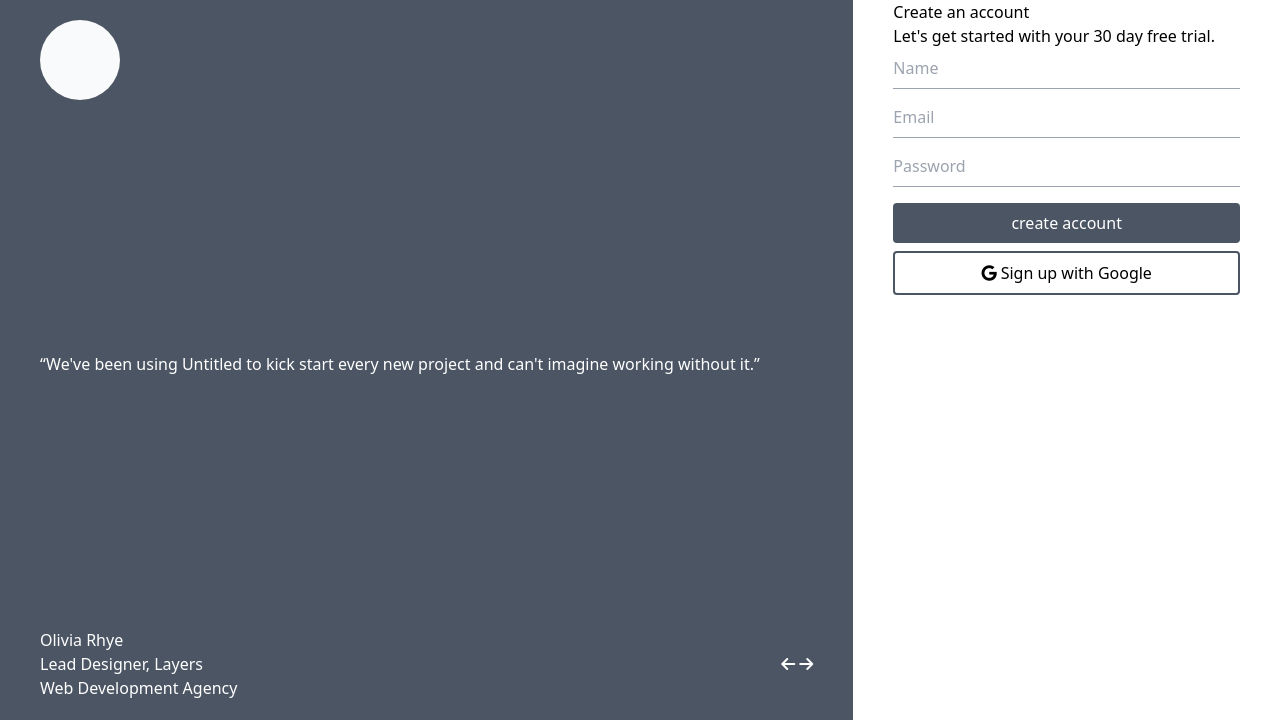
Repository: debthebuilder/youtube-html-contact-form-tailwindcss
Page: contact.html
These files come from the project's save history. The page is drawn as it stood at one moment and after the next save; the edit follows.
The browser window is 1280 px wide. The pictures show the whole page.
Some web libraries are served in a nearby version.

Above is the page before, as saved 2022-08-03 05:48:43.

After the next save:
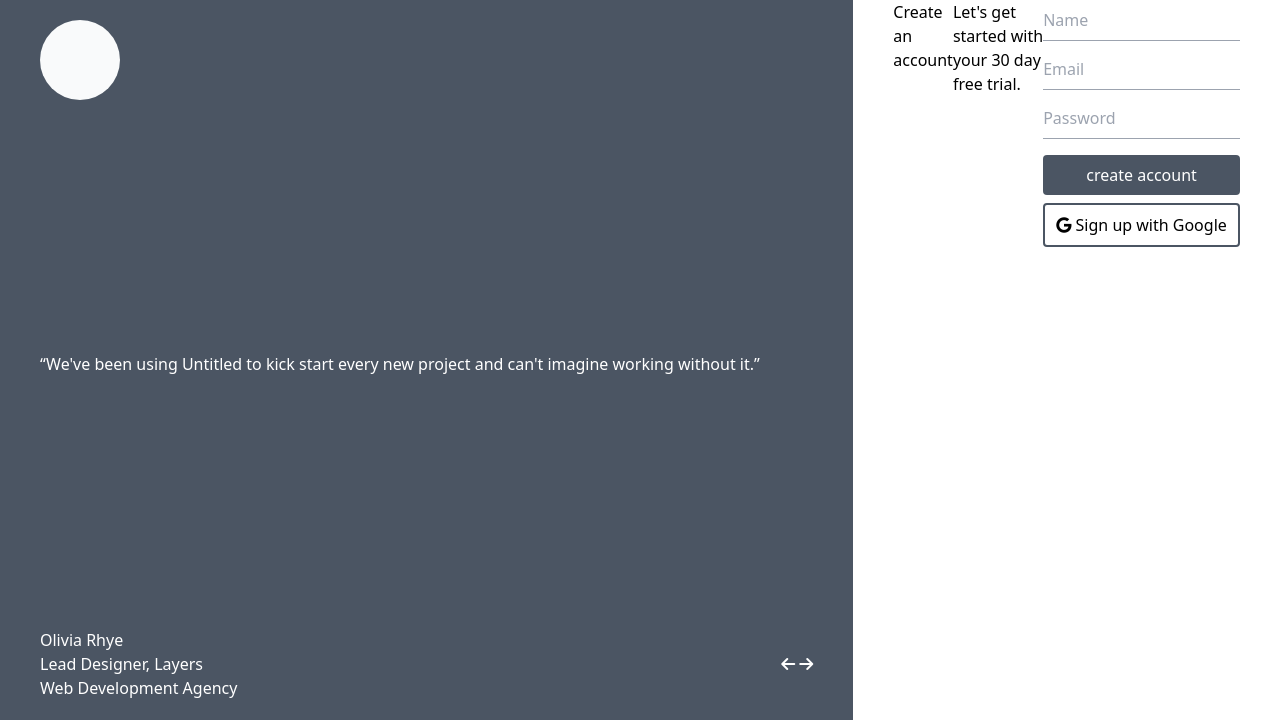
Saved 12 s later.
--- a/contact.html
+++ b/contact.html
@@ -33,7 +33,7 @@
             </div>
         </div>
         <!--Form-->
-        <div class="w-2/6 px-10">
+        <div class="w-2/6 px-10 flex f">
             <h2>Create an account</h2>
             <span>Let's get started with your 30 day free trial.</span>
             <form>

After the save that followed:
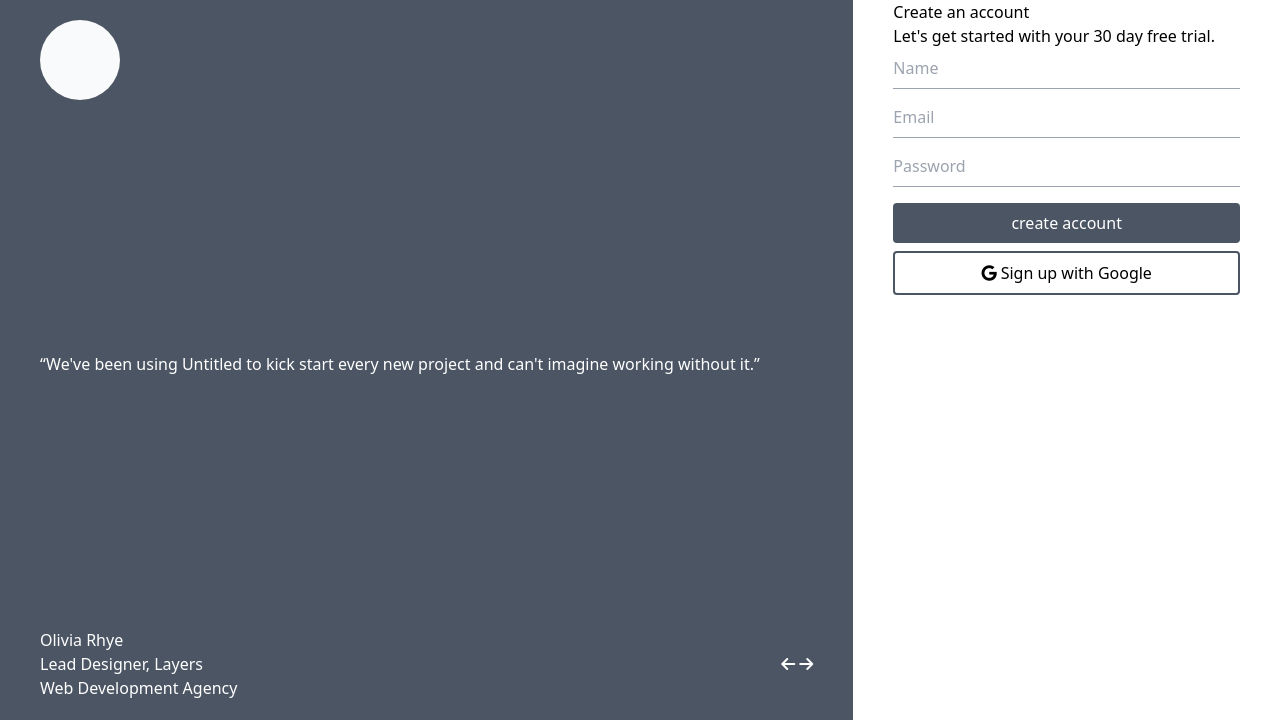
Saved 6 s later.
--- a/contact.html
+++ b/contact.html
@@ -33,7 +33,7 @@
             </div>
         </div>
         <!--Form-->
-        <div class="w-2/6 px-10 flex f">
+        <div class="w-2/6 px-10 flex flex-col">
             <h2>Create an account</h2>
             <span>Let's get started with your 30 day free trial.</span>
             <form>
